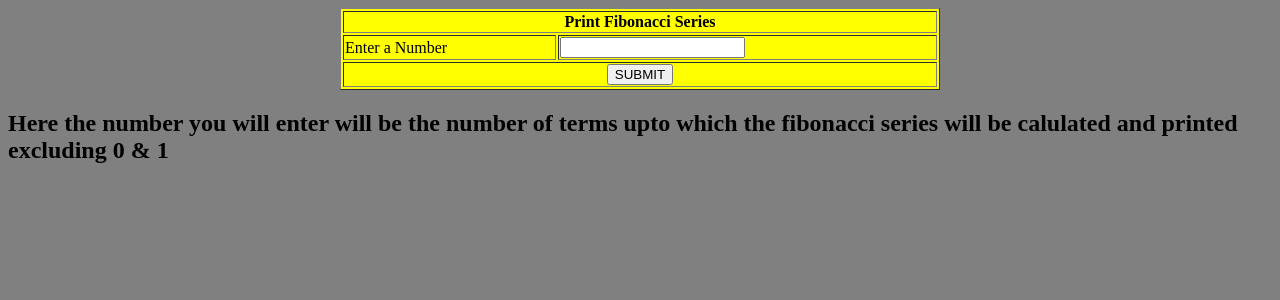
Repository: coolsam56/Advance_Java
Page: Lab6B/src/main/webapp/fab.html
The author's editor kept a copy of each file at every save. The page is drawn from the files as they stood at one save, then again after the next save.
The browser window is 1280 px wide. The pictures show the whole page.

Above is the page before, as saved 2023-05-11 16:10:56.

After the next save:
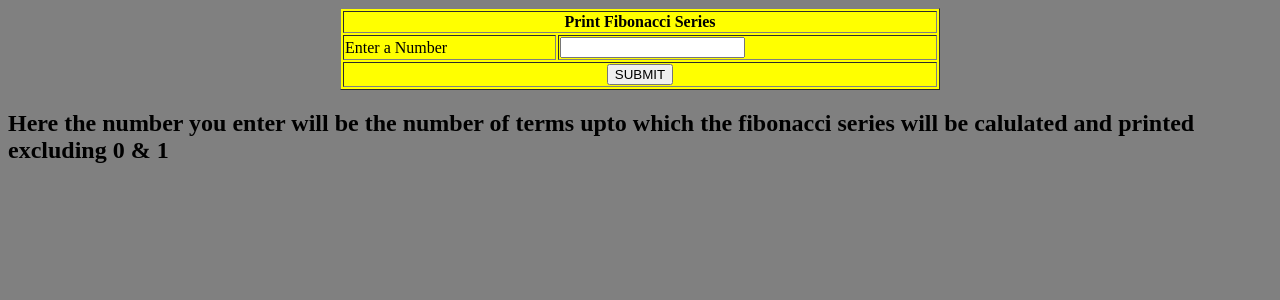
Saved 59 s later.
--- a/Lab6B/src/main/webapp/fab.html
+++ b/Lab6B/src/main/webapp/fab.html
@@ -26,6 +26,6 @@
 
 </table>
 </form>
-<p align="center"><h2> Here the number you will  enter will be the number of terms upto which the fibonacci series will be calulated and printed excluding 0 & 1</h2></p>
+<p align="center"><h2> Here the number you enter will be the number of terms upto which the fibonacci series will be calulated and printed excluding 0 & 1</h2></p>
 </body>
 </html>
